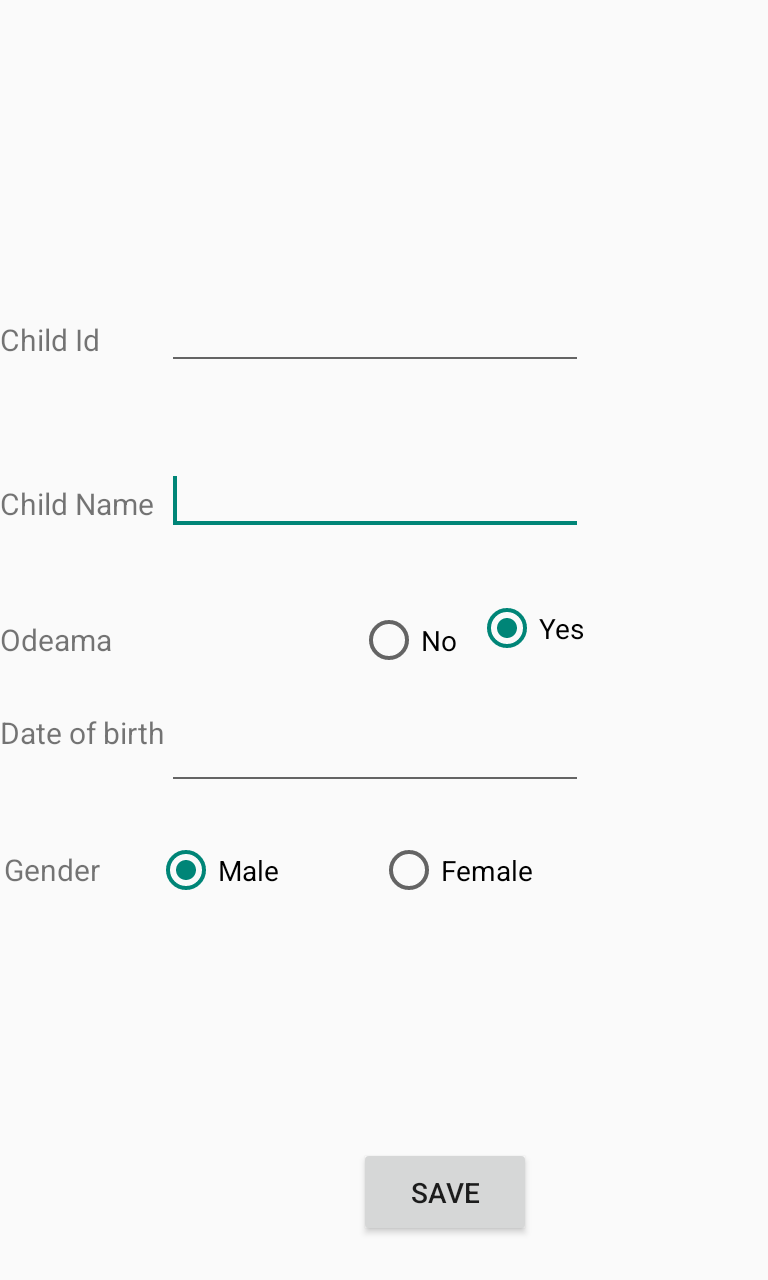
Repository: Team-7/hopeworldwide
Layout: workspace/HopeWWdatabase/res/layout/activity_main.xml
An editor plug-in stored every save of this project. The layout is shown before and after the next save, followed by the edit.
It is drawn on a 768 x 1280 px phone screen (xhdpi) without system bars, with theme AppTheme; the app's code is not run.

Above is the layout before, as saved 2014-04-10 10:07:24.

After the next save:
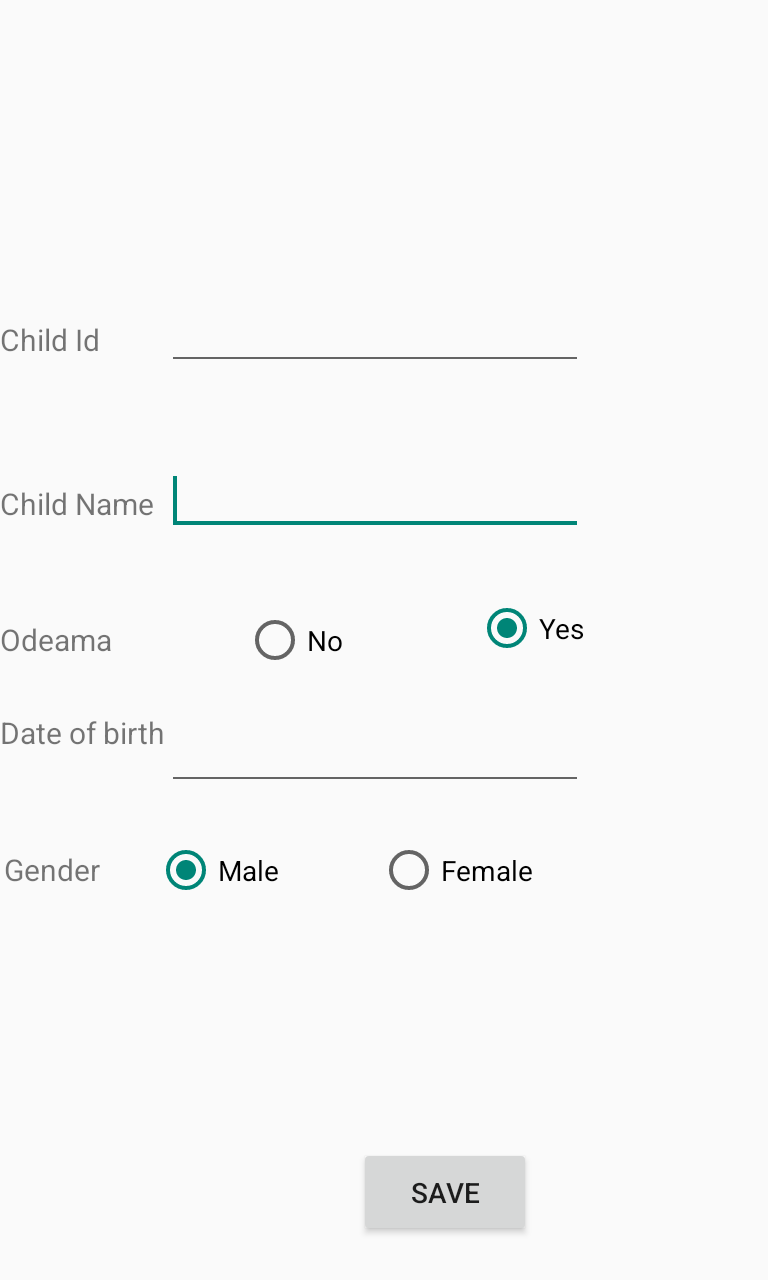
Saved 10 s later.
--- a/workspace/HopeWWdatabase/res/layout/activity_main.xml
+++ b/workspace/HopeWWdatabase/res/layout/activity_main.xml
@@ -139,14 +139,6 @@
             android:text="Male" />
 
         <RadioButton
-            android:id="@+id/odeamNo"
-            android:layout_width="wrap_content"
-            android:layout_height="wrap_content"
-            android:layout_alignLeft="@+id/button1"
-            android:layout_centerVertical="true"
-            android:text="No" />
-
-        <RadioButton
             android:id="@+id/genderFemale"
             android:layout_width="wrap_content"
             android:layout_height="wrap_content"
@@ -156,6 +148,16 @@
             android:layout_marginRight="26dp"
             android:text="Female" />
 
+        <RadioButton
+            android:id="@+id/odeamNo"
+            android:layout_width="wrap_content"
+            android:layout_height="wrap_content"
+            android:layout_alignBaseline="@+id/textView3"
+            android:layout_alignBottom="@+id/textView3"
+            android:layout_marginRight="17dp"
+            android:layout_toLeftOf="@+id/genderFemale"
+            android:text="No" />
+
     </RelativeLayout>
 
 </FrameLayout>
